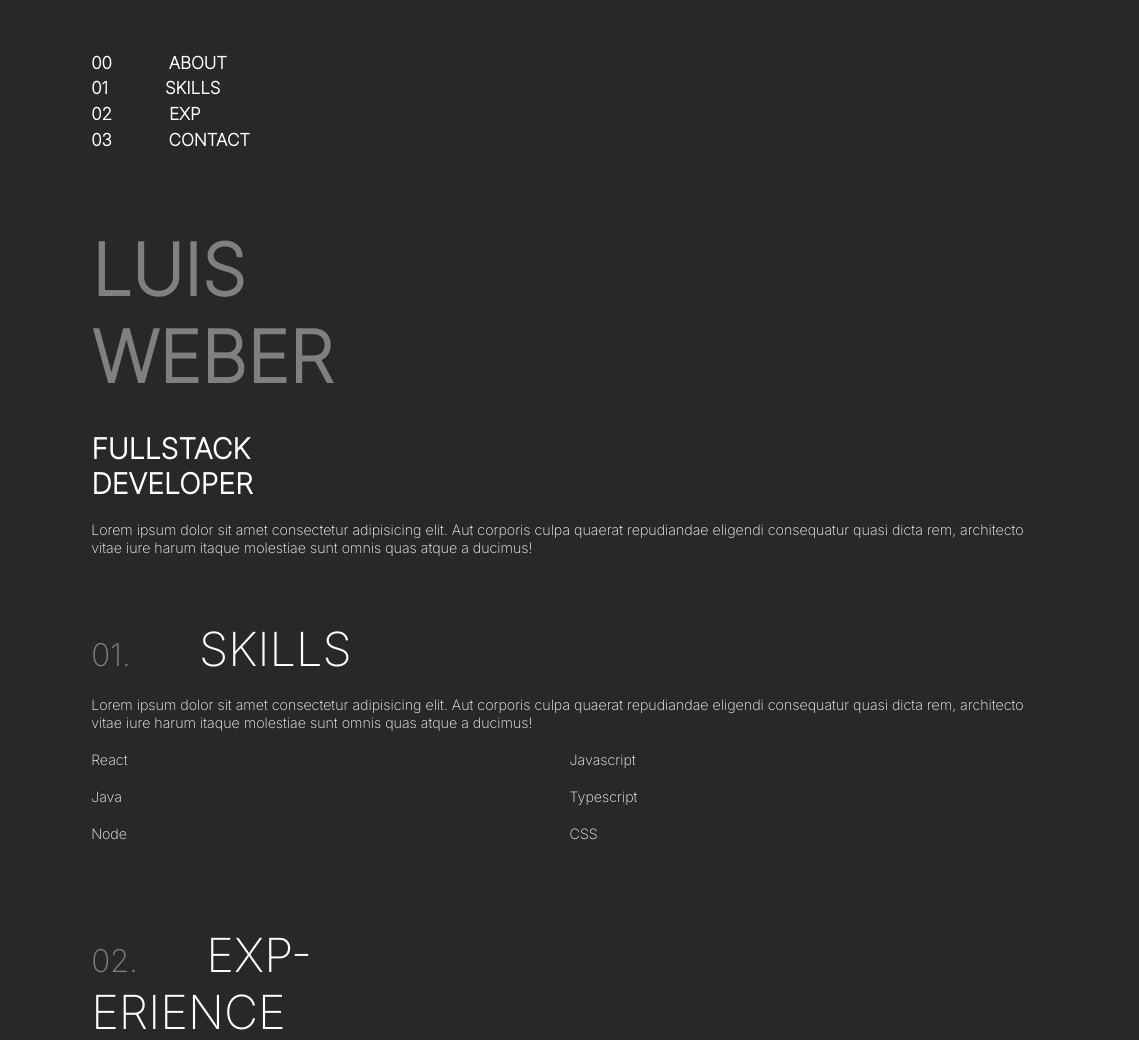
Repository: luiswh1/Portfolio
Page: /
An editor plug-in stored every save of this project. The page is shown before and after the next save, followed by the edit.
The browser window is 1280 px wide. The pictures show the whole page, at 89% of full size.
The project was rebuilt for these pictures with package versions that can differ from the ones it lists, and the page was loaded fresh each time.

Above is the page before, as saved 2023-05-28 16:08:22.

### public/index.html
<!DOCTYPE html>
<html lang="en">
  <head>
    <meta charset="utf-8" />
    <link rel="icon" href="%PUBLIC_URL%/favicon.ico" />
    <meta name="viewport" content="width=device-width, initial-scale=1" />
    <meta name="theme-color" content="#000000" />
    <meta
      name="description"
      content="Web site created using create-react-app"
    />
    <link rel="apple-touch-icon" href="%PUBLIC_URL%/logo192.png" />
    <!--
      manifest.json provides metadata used when your web app is installed on a
      user's mobile device or desktop. See https://developers.google.com/web/fundamentals/web-app-manifest/
    -->
    <link rel="manifest" href="%PUBLIC_URL%/manifest.json" />
    <!--
      Notice the use of %PUBLIC_URL% in the tags above.
      It will be replaced with the URL of the `public` folder during the build.
      Only files inside the `public` folder can be referenced from the HTML.

      Unlike "/favicon.ico" or "favicon.ico", "%PUBLIC_URL%/favicon.ico" will
      work correctly both with client-side routing and a non-root public URL.
      Learn how to configure a non-root public URL by running `npm run build`.
    -->

    <link rel="preconnect" href="https://fonts.googleapis.com">
    <link rel="preconnect" href="https://fonts.gstatic.com" crossorigin>
    <link href="https://fonts.googleapis.com/css2?family=Inter:wght@200&family=Poppins:wght@200;300&display=swap" rel="stylesheet">
    <title>React App</title>
  </head>
  <body>
    <noscript>You need to enable JavaScript to run this app.</noscript>
    <div id="root"></div>
    <!--
      This HTML file is a template.
      If you open it directly in the browser, you will see an empty page.

      You can add webfonts, meta tags, or analytics to this file.
      The build step will place the bundled scripts into the <body> tag.

      To begin the development, run `npm start` or `yarn start`.
      To create a production bundle, use `npm run build` or `yarn build`.
    -->
  </body>
</html>

### src/index.tsx
import React from 'react';
import ReactDOM from 'react-dom/client';
import App from './App';
import GlobalStyle from './styles/globalStyles';

const root = ReactDOM.createRoot(
  document.getElementById('root') as HTMLElement
);
root.render(
  <React.StrictMode>
    <GlobalStyle />
    <App />
  </React.StrictMode>
);

### src/App.tsx
import React from 'react';
import Home from './Pages/Home';

function App() {
  return (
   <Home />
  );
}

export default App;

### src/styles/globalStyles.tsx
import { createGlobalStyle } from 'styled-components'


const GlobalStyle = createGlobalStyle`
* {
    margin: 0;
    font-family: Inter;
  }

  html, body {
    height: 100%;
    background-color: #28282B;
    color: white;
  }

`

export default GlobalStyle

### src/Pages/Home.tsx
import React from "react";
import {
  Container,
  NameSection,
  StyledName,
  InnerContainer,
  Profession,
  About,
  LabelTitle,
  NumberIndex,
  IndexTitle,
  ListSkills,
  SkillItem,
} from "./HomeStyles";
import IndexList from "../Components/IndexList/IndexList";

const Home = () => {
  return (
    <Container>
      <InnerContainer>
        <IndexList />

        <NameSection>
          <StyledName>
            LUIS <br />
            WEBER
          </StyledName>
        </NameSection>

        <Profession>
          FULLSTACK <br />
          DEVELOPER
        </Profession>

        <About>
          Lorem ipsum dolor sit amet consectetur adipisicing elit. Aut corporis
          culpa quaerat repudiandae eligendi consequatur quasi dicta rem,
          architecto vitae iure harum itaque molestiae sunt omnis quas atque a
          ducimus!
        </About>

        <LabelTitle>
          <NumberIndex>01.</NumberIndex>
          <IndexTitle>SKILLS</IndexTitle>
        </LabelTitle>

        <About>
          Lorem ipsum dolor sit amet consectetur adipisicing elit. Aut corporis
          culpa quaerat repudiandae eligendi consequatur quasi dicta rem,
          architecto vitae iure harum itaque molestiae sunt omnis quas atque a
          ducimus!
        </About>

        <ListSkills>
          <SkillItem>React</SkillItem>
          <SkillItem>Javascript</SkillItem>
          <SkillItem>Java</SkillItem>
          <SkillItem>Typescript</SkillItem>
          <SkillItem>Node</SkillItem>
          <SkillItem>CSS</SkillItem>
        </ListSkills>

        <LabelTitle>
          <NumberIndex>02.</NumberIndex>
          <IndexTitle>EXP- <br/>ERIENCE</IndexTitle>
        </LabelTitle>

      </InnerContainer>
    </Container>
  );
};

export default Home;

### src/Pages/HomeStyles.tsx
import { styled } from "styled-components";

export const Container = styled.div`
  width: 100%;
  height: 100%;
  overflow: hidden;
`;

export const InnerContainer = styled.div`
  margin-left: 8vw;
  margin-right: 8vw;
`;

export const NameSection = styled.div`
  width: 100%;
  height: 100%;
  margin-top: 12vh;
`;

export const StyledName = styled.h1`
  font-size: 5em;
  color: gray;
`;

export const Profession = styled.h1`
margin-top: 5vh;
`

export const About = styled.p`
margin-top: 3vh;
color: white;
`
export const LabelTitle = styled.div`
margin-top: 10vh;
`

export const NumberIndex = styled.span`
  font-size: 2.2em;
  color: gray;
  margin-right: 3vw;
`;

export const IndexTitle = styled.span`
  font-size: 3.3em;
  color: white;
  margin-left: 3vw;
`;

export const ListSkills = styled.div`
margin-top: 3vh;
  display: flex;
  flex-wrap: wrap;
`;

export const SkillItem = styled.span`
  flex-basis: 50%;
  margin-bottom: 3vh;
  color: white;
`;

### src/Components/IndexList/IndexList.tsx
import React from "react";
import { Sections, SectionItem } from "./IndexListStyles";

const IndexList = () => {
  return (
    <>
      <Sections>
        <SectionItem>
          <span>00</span>
          <span>ABOUT</span>
        </SectionItem>
        <SectionItem>
          <span>01</span>
          <span>SKILLS</span>
        </SectionItem>
        <SectionItem>
          <span>02</span>
          <span>EXP</span>
        </SectionItem>
        <SectionItem>
          <span>03</span>
          <span>CONTACT</span>
        </SectionItem>
      </Sections>
    </>
  );
};

export default IndexList;

### src/Components/IndexList/IndexListStyles.tsx
import { styled } from "styled-components";

export const Sections = styled.div`
margin-top: 8vh;
`

export const SectionItem = styled.span`
color: white;
font-size: 1.2rem;
font-weight: bold;
display: block;
span:first-child {
    margin-right: 5vw;
  }
  margin-top: 5px;
`

After the next save:
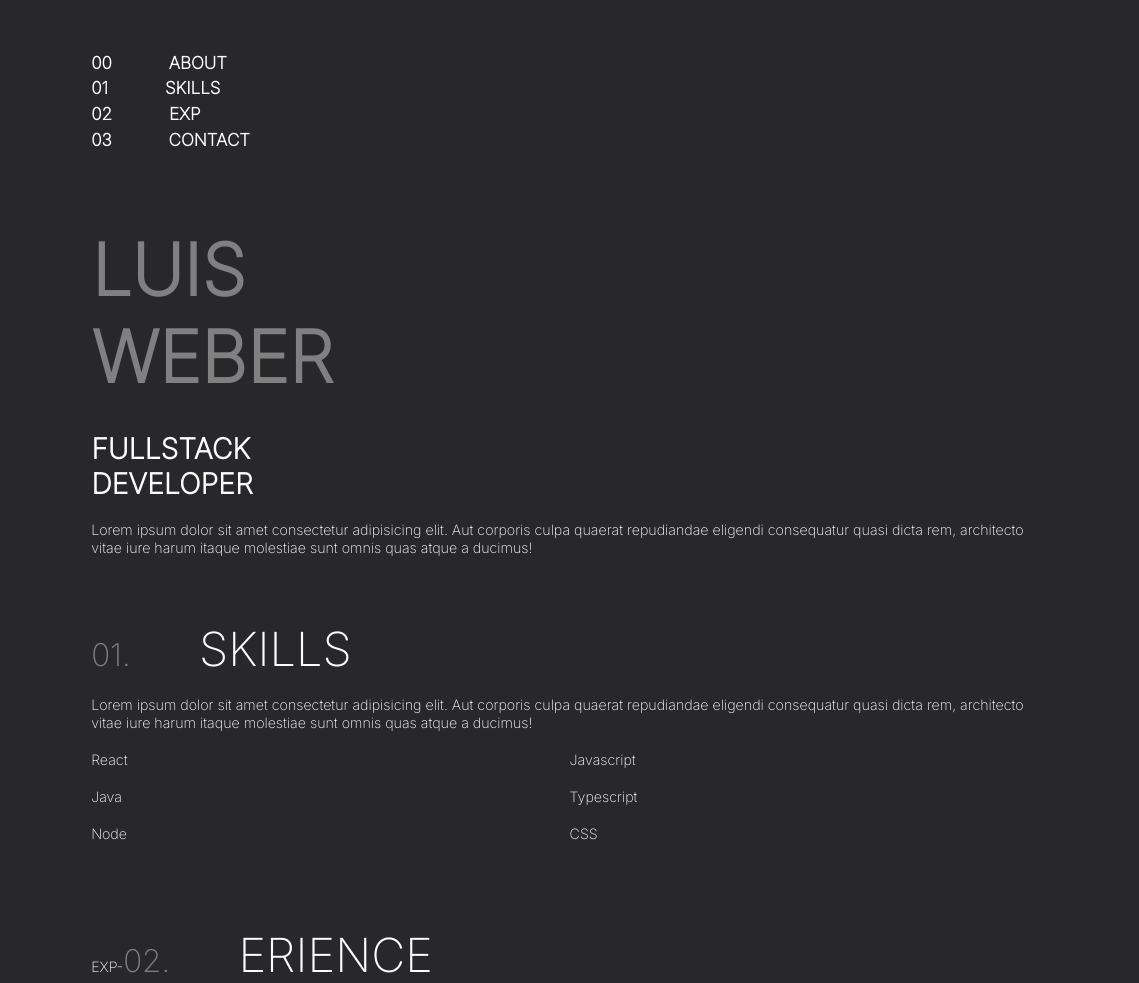
Saved 109 s later.
--- a/src/Pages/Home.tsx
+++ b/src/Pages/Home.tsx
@@ -61,8 +61,9 @@ const Home = () => {
         </ListSkills>
 
         <LabelTitle>
+          <span>EXP-</span>
           <NumberIndex>02.</NumberIndex>
-          <IndexTitle>EXP- <br/>ERIENCE</IndexTitle>
+          <IndexTitle>ERIENCE</IndexTitle>
         </LabelTitle>
 
       </InnerContainer>
